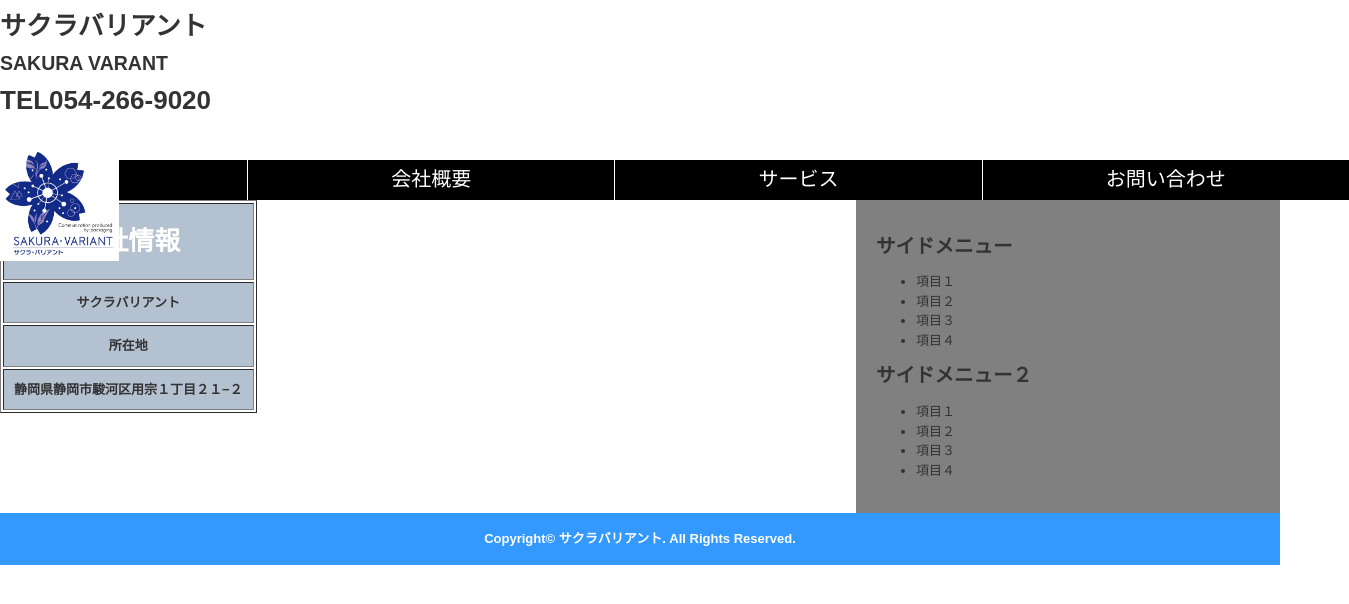
Repository: sakusyou69/homepage
Page: index.java3.html
The author's editor kept a record of every edit. The page is drawn from the files as they stood at one moment, then again after the next edit.
The browser window is 1280 px wide. The page is 1349 px wide, so the pictures cover 1349 px, including what lies to the right of the window. The pictures show the whole page.

Above is the page before.

### index.java3.html
<!DOCTYPE html>
<html lang="ja">
<head>
    <meta charset="UTF-8">
    <title> 会社案内｜サクラバリアント</title>
    <!-- CSSの読み込み　-->
    <link rel="stylesheet" href="stylesheet.css">
</head>
<body>
    <div>
    <h1>サクラバリアント</h1>
    <h2>SAKURA VARANT</h2>
    <h1>TEL054-266-9020</h1>
    </div>
    <div id="header">
        <h1> <a href="index.java.html"> <img id="corridor" src="images/sakura.jpg" alt="会社ロゴ"/></a></h1>
    </div>
    <div id="wrapper">
        <div id="nav">
            <ul>
                <li><a href="home.html">ホーム</a></a></li>
                <li><a href="#">会社概要</a></li>
                <li><a href="#">サービス</a></li>
                <li><a href="#">お問い合わせ</a></li>
            </ul>
        </div>
    </div>
    <div id="side">
        <div class="box">
            <h2>サイドメニュー</h2>
            <div class="boxBody">
                <ul>
                    <li>項目１</li>
                    <li>項目２</li>
                    <li>項目３</li>
                    <li>項目４</li>
                </ul>
            </div>
        </div>
        <div class="box">
            <h2>サイドメニュー２</h2>
            <div class="boxBody">
                <ul>
                    <li>項目１</li>
                    <li>項目２</li>
                    <li>項目３</li>
                    <li>項目４</li>
                </ul>
            </div>
        </div>
    </div>
    </div>

    <table border="1">
        <tr>
            <th><h1><font color="white">会社情報</font></h1></th>

        </tr>
        <tr>
         <th>サクラバリアント</th>


        </tr>
        <tr>
            <th>所在地</th>
            </tr>
            <tr>
            <th>静岡県静岡市駿河区用宗１丁目２１−２</th>
            <tb></tb>
        </tr>
    </table>



    <div id="footer">
        <p>Copyright© サクラバリアント. All Rights Reserved.</p>
    </div>
</body>
</html>

### stylesheet.css
@charset "utf-8";

body {
	margin: 0;
	padding: 0;
	font-family: "ヒラギノ角ゴ Pro W3", "Hiragino Kaku Gothic Pro", "メイリオ", Meiryo, Osaka, "ＭＳ Ｐゴシック", "MS PGothic", sans-serif;
	color: #333;
	font-size: 13px;
	line-height: 150%;
}

/* -------------------- wrapper -------------------- */
#wrapper {
	width: 100%;
	margin: auto;
	padding: 0px;
	border: 0px;
	background-color: #FFF;
}
div h1  {


}

div h2 {

    width:auto;
}
/*-----------------header-----------------*/
#header h1 {
    position:relative;
    display:inline-block;
}

#header h2 {
    position:relative;
    display:inline-block;
}

#corridor {
    width:15%;
    height:auto;
}


/*---------------footer--------------*/
#footer {
    clear: both;
    width:100%;
    padding: 3px 0 3px 0;
    background: #39F;
    color: #FFF;
    font-weight:bold;
    text-align: center;
}

/*------------------------nav-------------------*/
#nav {
    width:96%;
}
#nav ul {
    margin:-120px;
    padding:0;
    list-style-type: none;
}
#nav ul li {
    float:left;
    width:25%;
    text-align:center;
}
#nav ul li a {
    display:block;
    height:20px;
    margin:0;
    padding:10px;
    color: #FFF;
    font-size:20px;
    text-decoration:none;
    background-color:black;
    border-left: 1px solid white;
}
/*-----------------------side---------------------*/
#side {
    float:right;
    width:30%;
    padding:20px;
    background-color:gray;
}
#side.box {
    margin:0 auto 30px auto;
    padding:0 0 20px 0;
    background: url(images/side_box.png)bottom no-repeat;
}
#side.box h2 {
    margin:0;
    padding:8px;
    text-align:center;
    color:#fff;
    font-size:16px;
    line-height:16px;
    font-weight:normal;
    background:url(images/side_box_h2.png)center no-repeat;
}
#side.box.boxBody {
    padding:8px;
    border-right:solid 1px #C36;
    border-bottom:solid 1px #C36;
    border-left: solid 1px #C36;
    background:#fff;
}
#side.box.boxBody ul li {
    margin:0 0 16px 0;
    padding:0;
}
#side.box.boxBody ul li {
    padding:8px 0 8px 4px;
    list-style:none;
    border-bottom:solid 1px #C36;
}
th {
    padding:10px;
    background-color:#b4c1d1;
}
th h2 {
    background-color:#1c315d;
    padding:10px;
}

After the next edit:
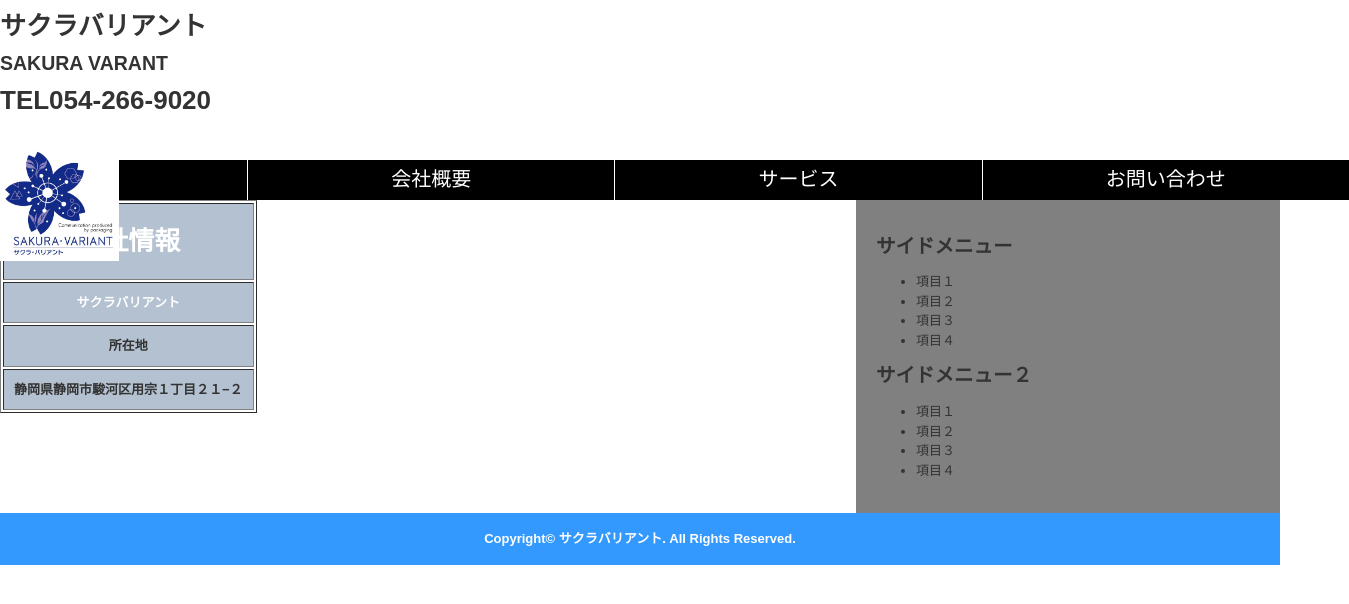
The edit:
--- a/index.java3.html
+++ b/index.java3.html
@@ -57,7 +57,7 @@
 
         </tr>
         <tr>
-         <th>サクラバリアント</th>
+         <th><font color="white">サクラバリアント</font></th>
 
 
         </tr>
